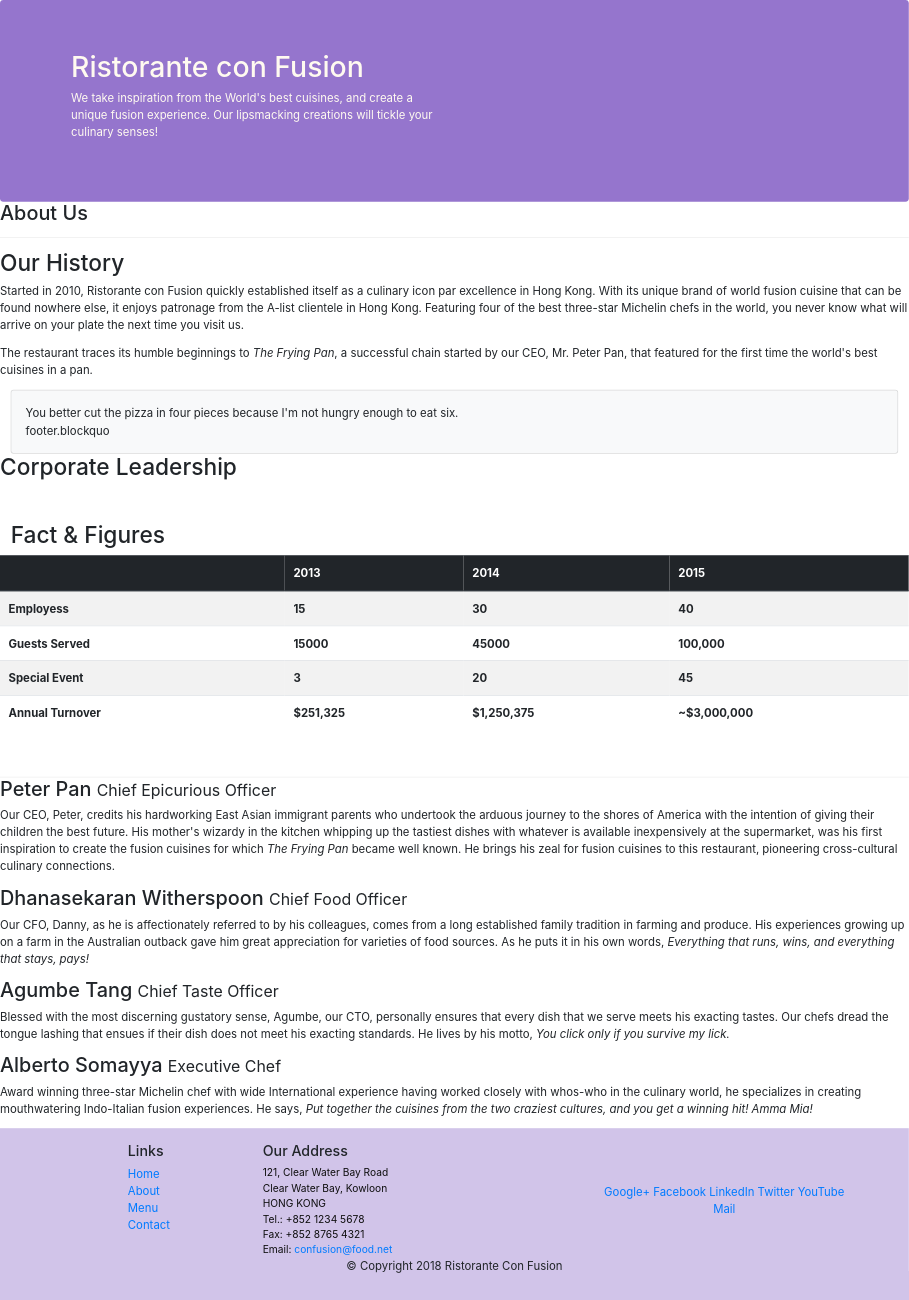
Repository: HwZau/conFusion
Page: aboutus.html
An editor plug-in stored every save of this project. The page is shown before and after a run of saves, followed by the edit.
The browser window is 1280 px wide. The pictures show the whole page, at 71% of full size.

Above is the page before, as saved 2022-05-19 11:03:28.

After the next 2 saves:
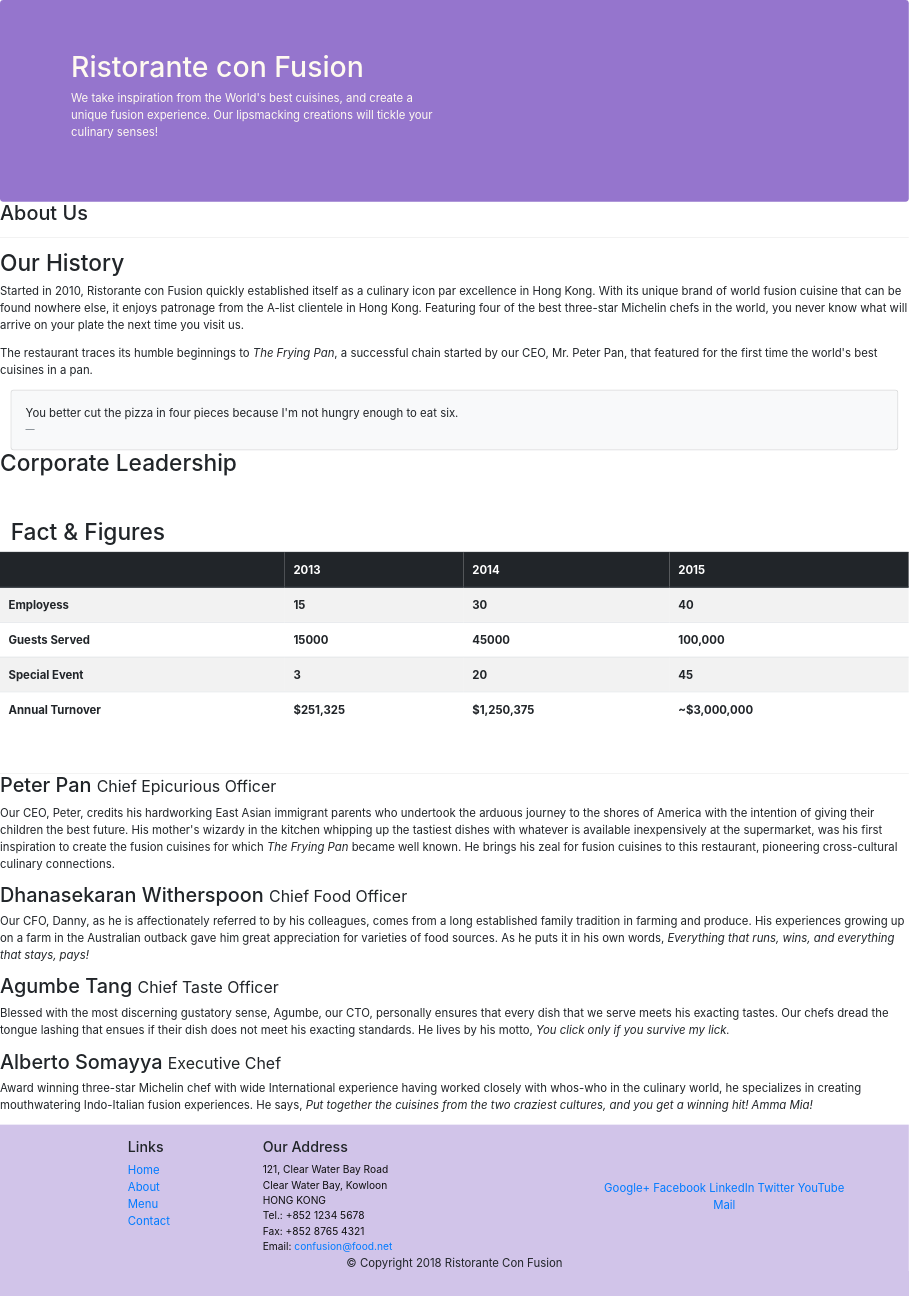
The 2 saves are shown as one change because they came seconds apart.
The last was saved 5 s later.
--- a/aboutus.html
+++ b/aboutus.html
@@ -61,7 +61,9 @@
       <div class="col-12">
         <div class="card card-body bg-light">
           <p class="mb-0">You better cut  the pizza in four pieces because I'm not hungry enough to eat six.</p>
-          footer.blockquo
+          <footer class="blockquote-footer">
+
+          </footer>
         </div>
       </div>
     </div>
